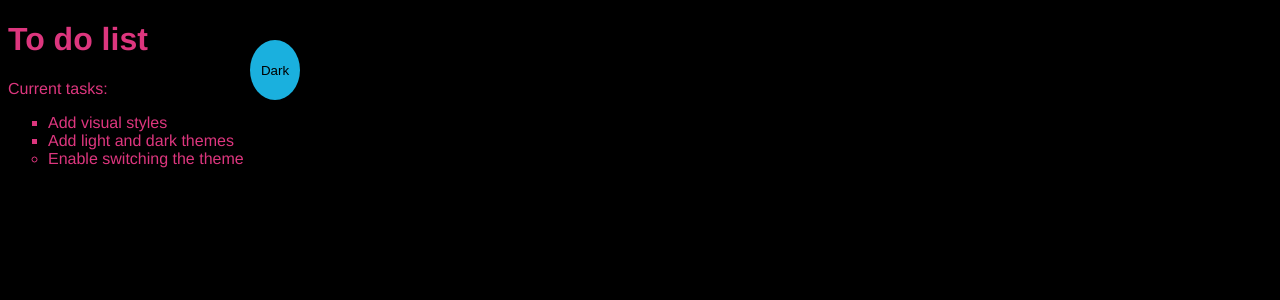
Repository: MaggieMengXingchen/Class-4
Page: index.html
An editor plug-in stored every save of this project. The page is shown before and after a run of saves, followed by the edit.
The browser window is 1280 px wide. The pictures show the whole page.

Above is the page before, as saved 2024-02-20 15:16:20.

### index.html
<!DOCTYPE html> <!-- 定义文档类型，告诉浏览器这是一个HTML5文档 -->
<html lang="en"> <!-- 根元素，定义了整个HTML文档，lang属性指定文档的主要语言为英语 -->
<head>
    <meta charset="UTF-8"> <!-- 定义字符编码为UTF-8，支持大多数语言的字符 -->
    <meta name="viewport" content="width=device-width, initial-scale=1.0"> <!-- 视口设置，确保网页在不同设备上正确显示，实现响应式设计 -->
    <title>Document</title> <!-- 定义网页标题 -->
    <Link rel="stylesheet" href="main.css"> <!-- 链接外部CSS文件，用于定义网页的样式 -->
        <noscript>You need to enable JavaScript to view the full site.</noscript> <!-- 如果浏览器禁用了JavaScript，显示这段文本 -->
</head>
<body class="dark-theme"><!-- 使用class属性应用暗色主题的样式，通过改变class值可以切换主题 -->
    <h1>To do list</h1> <!-- 页面的主标题 -->
    <p id="msg">Current tasks:</p> <!-- 段落标签，定义了一个文本区域 -->
    <ul> <!-- 定义一个无序列表 -->
        <li class="list">Add visual styles</li> <!-- 列表项，应用了class="list"的样式，显示为方形项目符号 -->
        <li class="list">Add light and dark themes</li> <!-- 同上 -->
        <li>Enable switching the theme</li> <!-- 无特殊样式的列表项，默认圆形项目符号 -->
    </ul>
    <div>
        <button class="btn">Dark</button> <!-- 定义一个按钮，应用了.btn样式 -->
    </div>
    <script src="app.js"></script> <!-- 引入外部JavaScript文件，用于添加交互功能 -->
</body>

<script>alert('Hello World')</script> <!-- 内嵌JavaScript代码，加载网页时弹出"Hello World"警告框 -->
</html>

### main.css
:root {
    --green: #dd367e; /* 定义绿色变量，颜色代码为#00FF00 */
    --white: #1ab0de; /* 定义白色变量，颜色代码为#FFFFFF */
    --black: #000000; /* 定义黑色变量，颜色代码为#000000 */
}
body {
    background-color: var(--bg); /* 设置body背景颜色，使用变量--bg */
    color: var(--fontColor); /* 设置body文字颜色，使用变量--fontColor */
    font-family: Helvetica; /* 设置body字体为Helvetica */
}
/*将所有无序列表（<ul>标签）的字体设置为Helvetica字体*/
li {
    list-style: circle; /* 设置列表项前的符号为圆圈 */
}
.list {
    list-style: square; /* 设置class为list的列表项前的符号为正方形 */
}
.btn {
    position: absolute; /* 设置按钮位置为绝对定位 */
    top: 40px; /* 设置按钮距离顶部20像素 */
    left: 250px; /* 设置按钮距离左边250像素 */
    height: 60px; /* 设置按钮高度为50像素 */
    width: 50px; /* 设置按钮宽度为50像素 */
    border-radius: 50%; /* 设置按钮边角为圆形 */
    border: none; /* 设置按钮无边框 */
    color: var(--btnFontColor); /* 设置按钮文字颜色，使用变量--btnFontColor */
    background-color: var(--btnBg); /* 设置按钮背景颜色，使用变量--btnBg */
}
.light-theme {
    --bg: var(--green); /* 浅色主题下，设置背景颜色为绿色 */
    --fontColor: var(--black); /* 浅色主题下，设置文字颜色为黑色 */
    --btnBg: var(--black); /* 浅色主题下，设置按钮背景颜色为黑色 */
    --btnFontColor: var(--white); /* 浅色主题下，设置按钮文字颜色为白色 */
}
.dark-theme {
    --bg: var(--black); /* 深色主题下，设置背景颜色为黑色 */
    --fontColor: var(--green); /* 深色主题下，设置文字颜色为绿色 */
    --btnBg: var(--white); /* 深色主题下，设置按钮背景颜色为白色 */
    --btnFontColor: var(--black); /* 深色主题下，设置按钮文字颜色为黑色 */
}

### app.js
const switcher = document.querySelector('.btn'); // 选取页面中class为'.btn'的元素，通常是一个按钮，并赋值给变量switcher。

switcher.addEventListener('click', function() { // 为switcher元素添加一个点击事件监听器。
    document.body.classList.toggle('light-theme'); // 切换<body>元素的class，如果有'light-theme'则移除，没有则添加。
    document.body.classList.toggle('dark-theme'); // 同上，但是对'dark-theme'类进行操作。

    const className = document.body.className; // 获取<body>元素当前的className并赋值给变量className。
    if(className == "light-theme") { // 如果当前className是"light-theme"，则执行以下操作：
        this.textContent = "Dark"; // 将按钮的文本内容设置为"Dark"。
    } else { // 如果当前className不是"light-theme"，即暗色主题，则执行以下操作：
        this.textContent = "Light"; // 将按钮的文本内容设置为"Light"。
    }
});

After the next 2 saves:
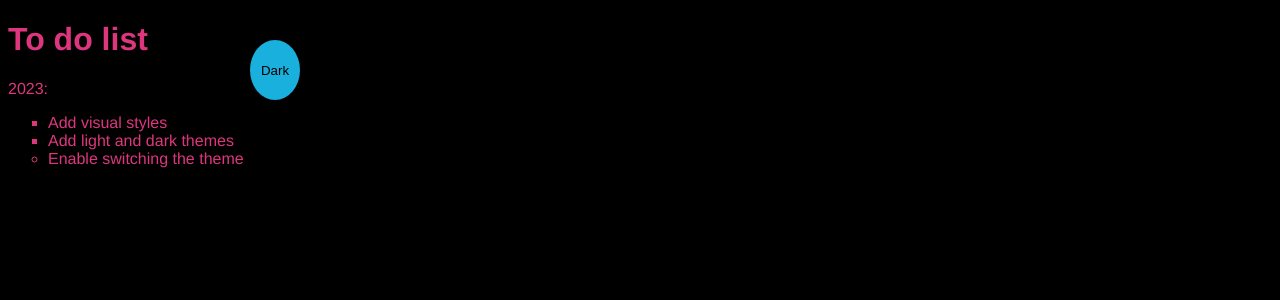
The 2 saves are shown as one change because they came seconds apart.
The last was saved 15 s later.
--- a/index.html
+++ b/index.html
@@ -9,7 +9,7 @@
 </head>
 <body class="dark-theme"><!-- 使用class属性应用暗色主题的样式，通过改变class值可以切换主题 -->
     <h1>To do list</h1> <!-- 页面的主标题 -->
-    <p id="msg">Current tasks:</p> <!-- 段落标签，定义了一个文本区域 -->
+    <p id="msg">2023:</p> <!-- 段落标签，定义了一个文本区域 -->
     <ul> <!-- 定义一个无序列表 -->
         <li class="list">Add visual styles</li> <!-- 列表项，应用了class="list"的样式，显示为方形项目符号 -->
         <li class="list">Add light and dark themes</li> <!-- 同上 -->
